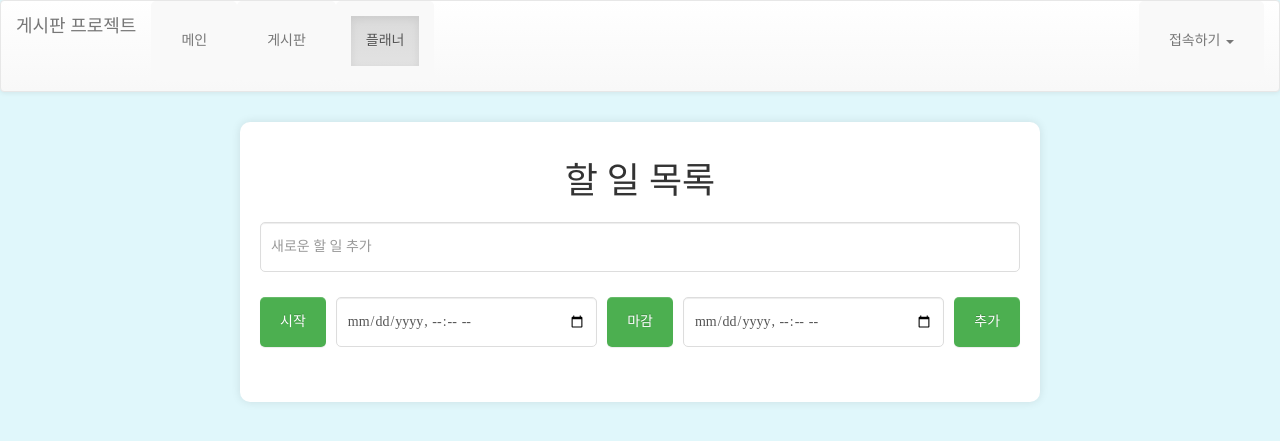
Repository: Seok7975/JSP-Education
Page: http://localhost/ToDoList공유_게시판/planner/planner.jsp
An editor plug-in stored every save of this project. The page is shown before and after the next save, followed by the edit.
The browser window is 1280 px wide. The pictures show the whole page.
Some web fonts or font styles are not loaded; a fallback is used. Some web libraries are served in a nearby version. The page is served by Tomcat 9.

Above is the page before, as saved 2024-06-17 05:09:12.

After the next save:
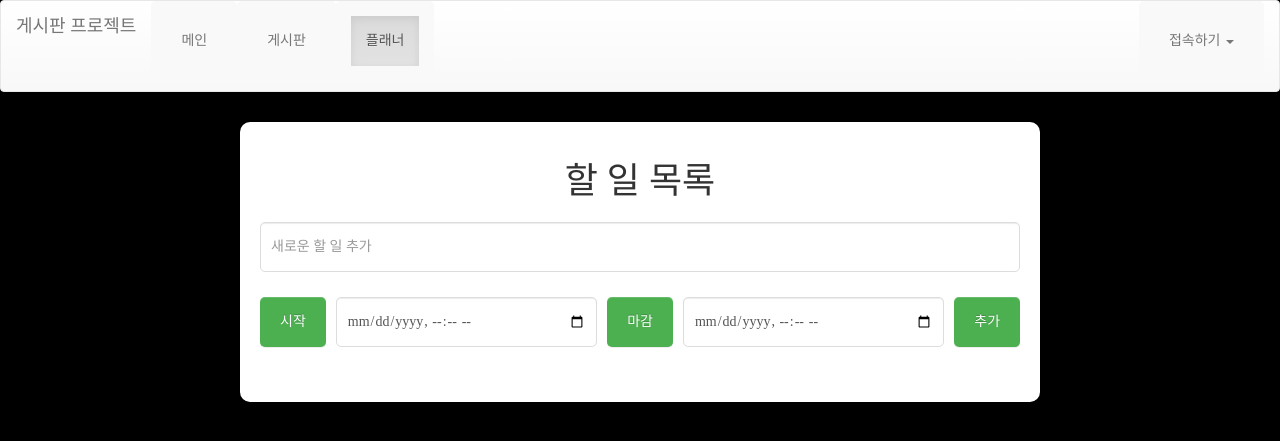
Saved 27 s later.
--- a/List_Projects_ver2/ToDoList공유 게시판/src/main/webapp/todolistCss/todolistStyle.css
+++ b/List_Projects_ver2/ToDoList공유 게시판/src/main/webapp/todolistCss/todolistStyle.css
@@ -1,6 +1,6 @@
 @charset "UTF-8";
 body {
-     background-color: #e0f7fb;  /* 생동감 있는 옅은 파란색 배경 */
+     background-color: #000000;  /* 생동감 있는 옅은 파란색 배경 */
 }
 
 .todo-container {

After the save that followed:
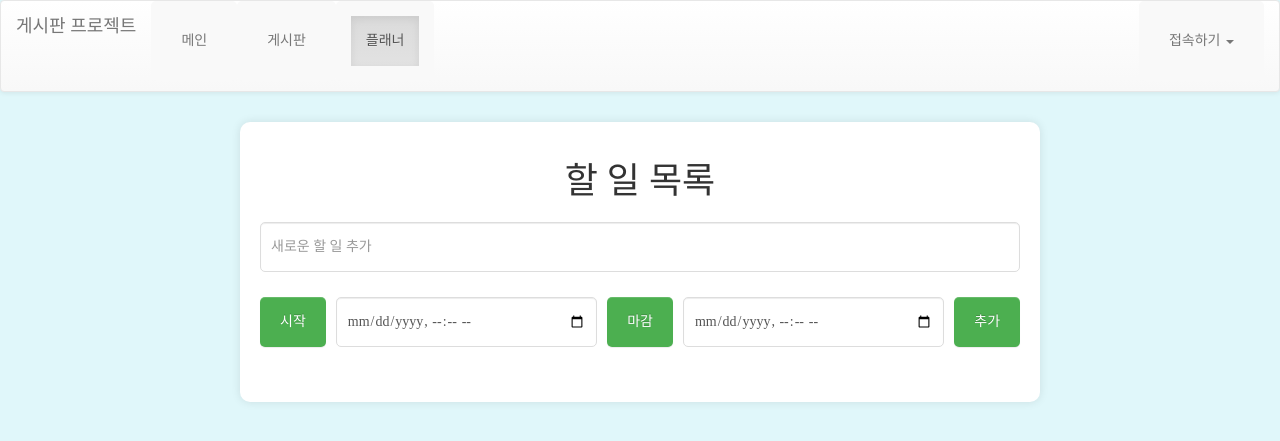
Saved 18 s later.
--- a/List_Projects_ver2/ToDoList공유 게시판/src/main/webapp/todolistCss/todolistStyle.css
+++ b/List_Projects_ver2/ToDoList공유 게시판/src/main/webapp/todolistCss/todolistStyle.css
@@ -1,6 +1,6 @@
 @charset "UTF-8";
 body {
-     background-color: #000000;  /* 생동감 있는 옅은 파란색 배경 */
+     background-color: #e0f7fa;  /* 생동감 있는 옅은 파란색 배경 */
 }
 
 .todo-container {
